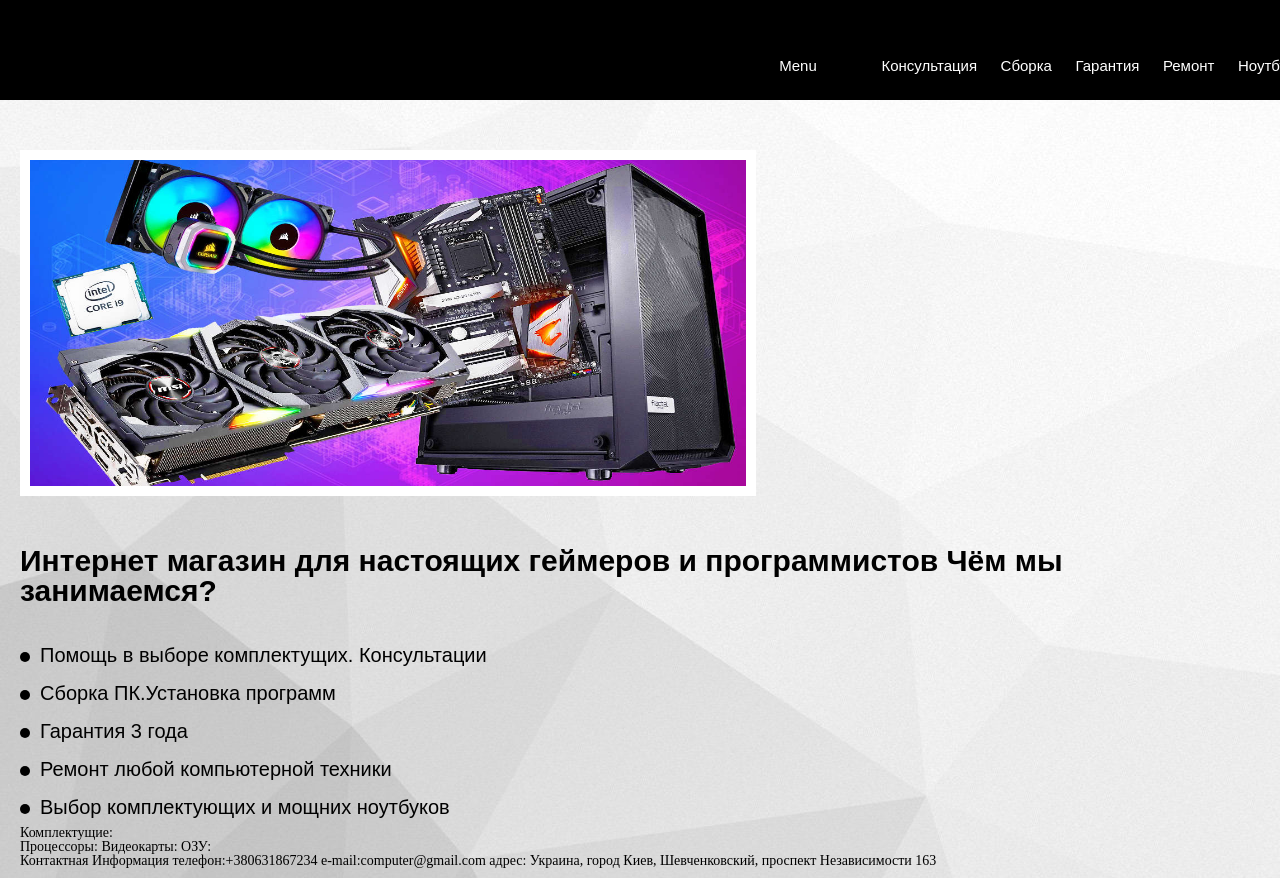
Repository: Bohdan-Sandovenko/First-Project-Flex
Page: index.html
The author's editor kept a copy of each file at every save. The page is drawn from the files as they stood at one save, then again after a run of saves.
The browser window is 1280 px wide. The pictures show the whole page.
The style sheet was rebuilt from its Sass, Less or Tailwind sources for each picture, by a compiler version that may differ from the author's.

Above is the page before, as saved 2024-07-28 10:18:58.

### index.html
<!DOCTYPE html>
<html lang="en">
<head>
    <meta charset="UTF-8">
    <meta name="viewport" content="width=device-width, initial-scale=1.0">
    <link rel="stylesheet" href="css/style.css">
    <title>Document</title>
</head>
<body>
    <header class="top-of-site">
        <nav class="nav-links-of-top">
            <button class="button-menu">Menu</button>
            <a href="">Консультация</a>
            <a href="">Сборка</a>
            <a href="">Гарантия</a>
            <a href="">Ремонт</a>
            <a href="">Ноутбуки</a>
        </nav>
    </header>
    <main class="content">
        <div class="content-top">
            <div class="content-top-image-block">
                <img src="images/first images.jpg" alt="sorry" class="content-top-image">
            </div>
            <span class="content-top-text-inside">Интернет магазин для настоящих геймеров и программистов
            Чём мы занимаемся?</span>
            <ul class="content-top-list">
                <li>Помощь в выборе комплектущих. Консультации</li>
                <li>Сборка ПК.Установка программ</li>
                <li>Гарантия 3 года</li>
                <li>Ремонт любой компьютерной техники</li>
                <li>Выбор комплектующих и мощних ноутбуков</li>
            </ul>
        </div>
        <div class="content-bottom">
            Комплектущие:
            <div class="photos-computer-compotent">
                Процессоры:
                Видеокарты:
                ОЗУ:
            </div>
        </div>
        <footer class="footer">
            Контактная Информация
            телефон:+380631867234
            e-mail:computer@gmail.com
            адрес: Украина, город Киев, Шевченковский, проспект Независимости 163
        </footer>
    </main>
</body>
</html>

### css/style.scss
@import "nullstyles.scss";
$color-black: black;
$color-white: white;
$color-green: rgb(5, 132, 132);
$color-grey: rgb(196, 199, 199);
$color-content: rgb(235, 235, 235);
$font-family-top: Arial, Helvetica, sans-serif;
$font-weight-header: 400;
$back-color-list-before: black;

.top-of-site {
    width: 100%;
    height: 100px;
    background-color: black;
    padding: 50px;
    position: fixed;

    .nav-links-of-top {
        position: relative;
        top: 50%;
        right: -60%;

        .button-menu {
            margin: 0 40px 0px 0px;
            height: 30px;
            width: 80px;
            border-radius: 5px;
            background-color: $color-black;
            color: $color-white;
            font-family: $font-family-top;
            font-weight: $font-weight-header;
            font-size: 15px;

            &:hover {
                opacity: 0.9;
                border: 1px solid $color-green;
            }

            &:active {
                width: 79.5px;
                color: $color-grey;
            }

        }
    }

    a {
        padding: 0 20px 0 0;
        color: $color-white;
        font-family: Arial, Helvetica, sans-serif;
        font-weight: 400;
        font-size: 15px;
    }
}

////////////////////////////////////////////////////////////////////////////////////////////////
.content {
    padding: 100px 20px 10px 20px;
    background: url('../images/background-1.jpg');

    .content-top {
        .content-top-image-block {
            margin: 50px 0px 50px 0px;

            .content-top-image {
                width: 736px;
                height: 346px;
                border: 10px solid $color-white;
            }
        }

        .content-top-text-inside {
            font-family: $font-family-top;
            font-weight: 700;
            font-size: 30px;
        }

        .content-top-list {
            margin-top: 30px;
        }

        .content-top-list li {
            font-family: $font-family-top;
            font-size: 20px;
            line-height: 1.9;

            &::before {
                content: "";
                border-radius: 50%;
                width: 10px;
                height: 10px;
                background-color: $back-color-list-before;
                display: inline-block;
                margin-right: 10px;
            }

            &:nth-child(1):hover {
                font-size: 21px;
                font-weight: bold;
            }

            &:nth-child(2):hover {
                font-size: 21px;
                font-weight: bold;
            }

            &:nth-child(3):hover {
                font-size: 21px;
                font-weight: bold;
            }

            &:nth-child(4):hover {
                font-size: 21px;
                font-weight: bold;
            }

            &:nth-child(5):hover {
                font-size: 21px;
                font-weight: bold;
            }

            &:hover::before {
                background-color: rgb(140, 4, 4);
            }
        }
    }
}

### css/nullstyles.scss
* {
    padding: 0;
    margin: 0;
    border: 0;
}


*,
*:before,
*:after {
    -webkit-box-sizing: border-box;
    -moz-box-sizing: border-box;
    box-sizing: border-box;
}


:focus,
:active {
    outline: none;
}

a:focus,
a:active {
    outline: none;
}


nav,
footer,
header,
aside {
    display: block;
}


html,
body {
    height: 100%;
    width: 100%;
    font-size: 100%;
    line-height: 1;
    font-size: 14px;
    -ms-text-size-adjust: 100%;
    -moz-text-size-adjust: 100%;
    -webkit-text-size-adjust: 100%;
}


input,
button,
textarea {
    font-family: inherit;
}


input::-ms-clear {
    display: none;
}

button {
    cursor: pointer;
}

button::-moz-focus-inner {
    padding: 0;
    border: 0;
}

a,
a:visited {
    text-decoration: none;
}

a:hover {
    text-decoration: none;
}

ul li {
    list-style: none;
}

img {
    vertical-align: top;
}

h1,
h2,
h3,
h4,
h5,
h6 {
    font-size: inherit;
    font-weight: 400;
}

After the next 2 saves:
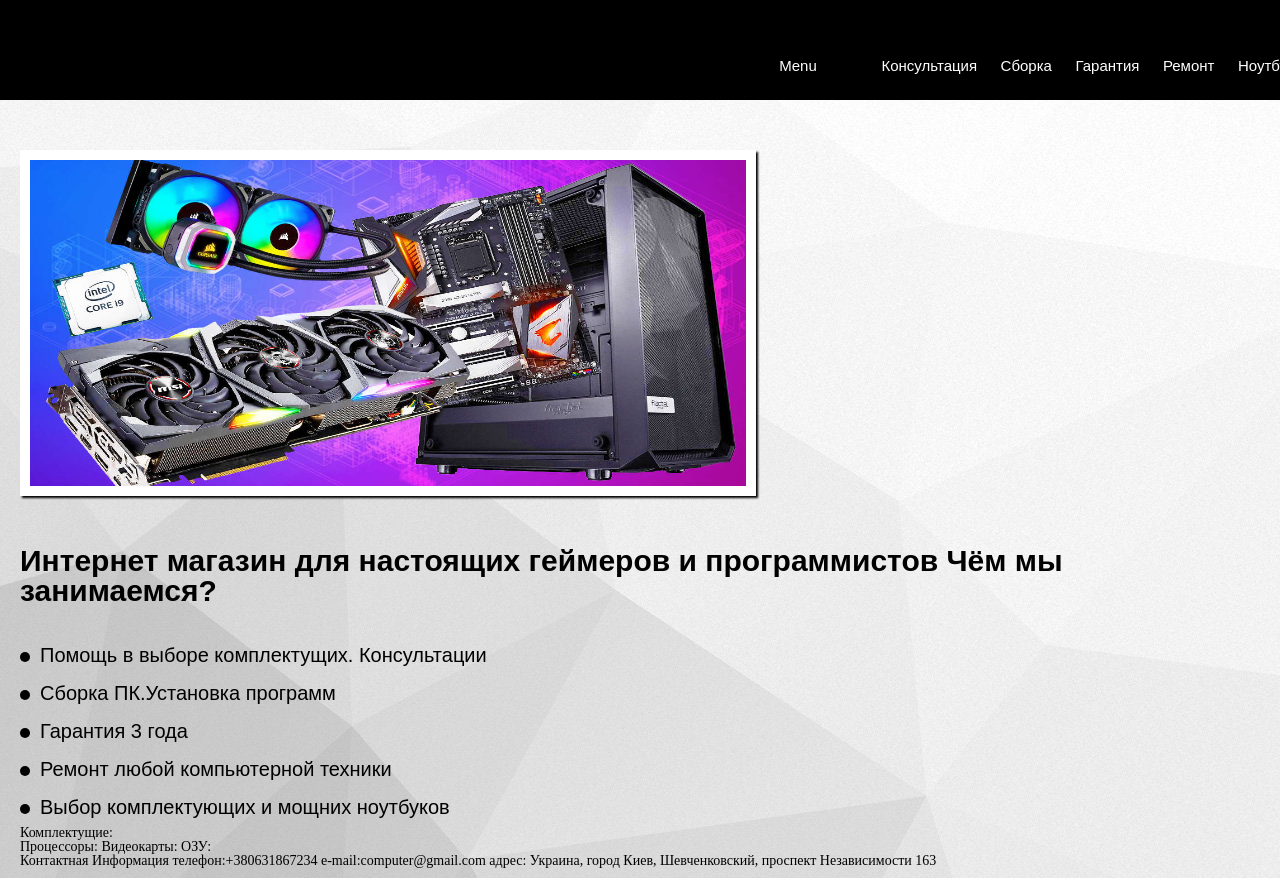
The 2 saves are shown as one change because 1 did not build or start.
The last was saved 11 min 10 s later.
--- a/css/style.scss
+++ b/css/style.scss
@@ -66,6 +66,7 @@
                 width: 736px;
                 height: 346px;
                 border: 10px solid $color-white;
+                box-shadow: 2px 2px 2px black;
             }
         }
 
